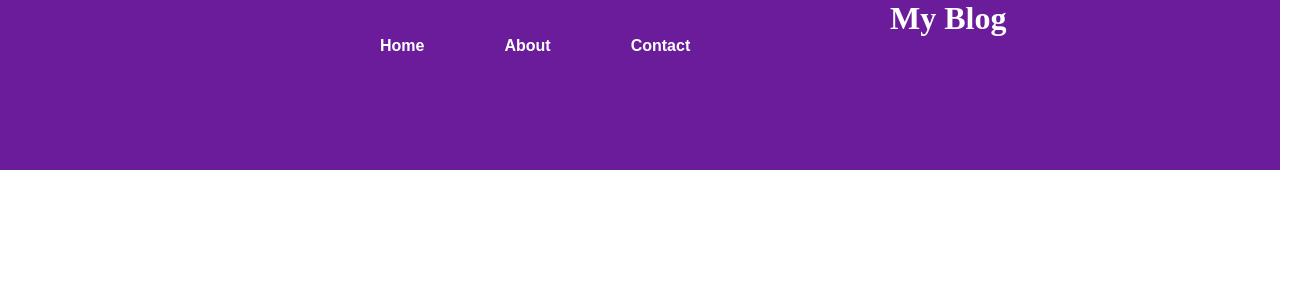
Repository: Femi007-gh/BLOG
Page: index.html
An editor plug-in stored every save of this project. The page is shown before and after the next save, followed by the edit.
The browser window is 1280 px wide. The page is 1280 px wide, then 1290 px, so the pictures cover 1290 px, including what lies to the right of the window. The pictures show the whole page.

Above is the page before, as saved 2025-01-08 07:08:09.

After the next save:
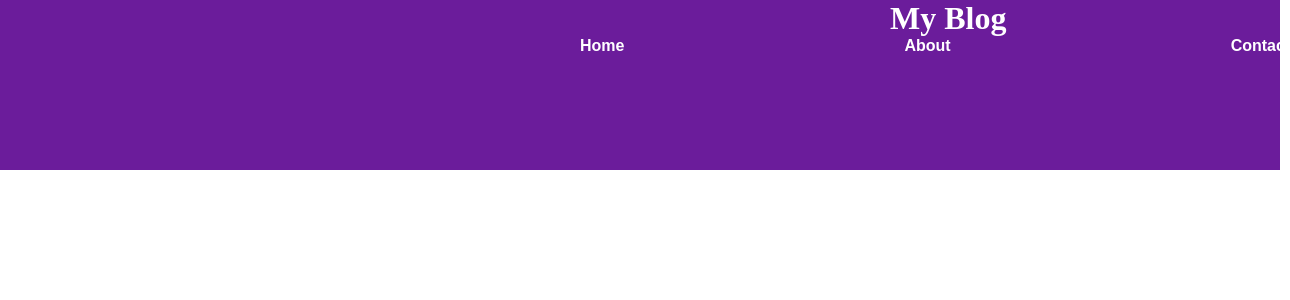
Saved 29 s later.
--- a/style.css
+++ b/style.css
@@ -30,7 +30,7 @@ nav ul {
   color: white;
   text-decoration: none;
   font-weight: bold;
-  margin-left: 380px;
+  margin-left: 580px;
   justify-content: space-evenly;
   margin-right: -300px;
 }
